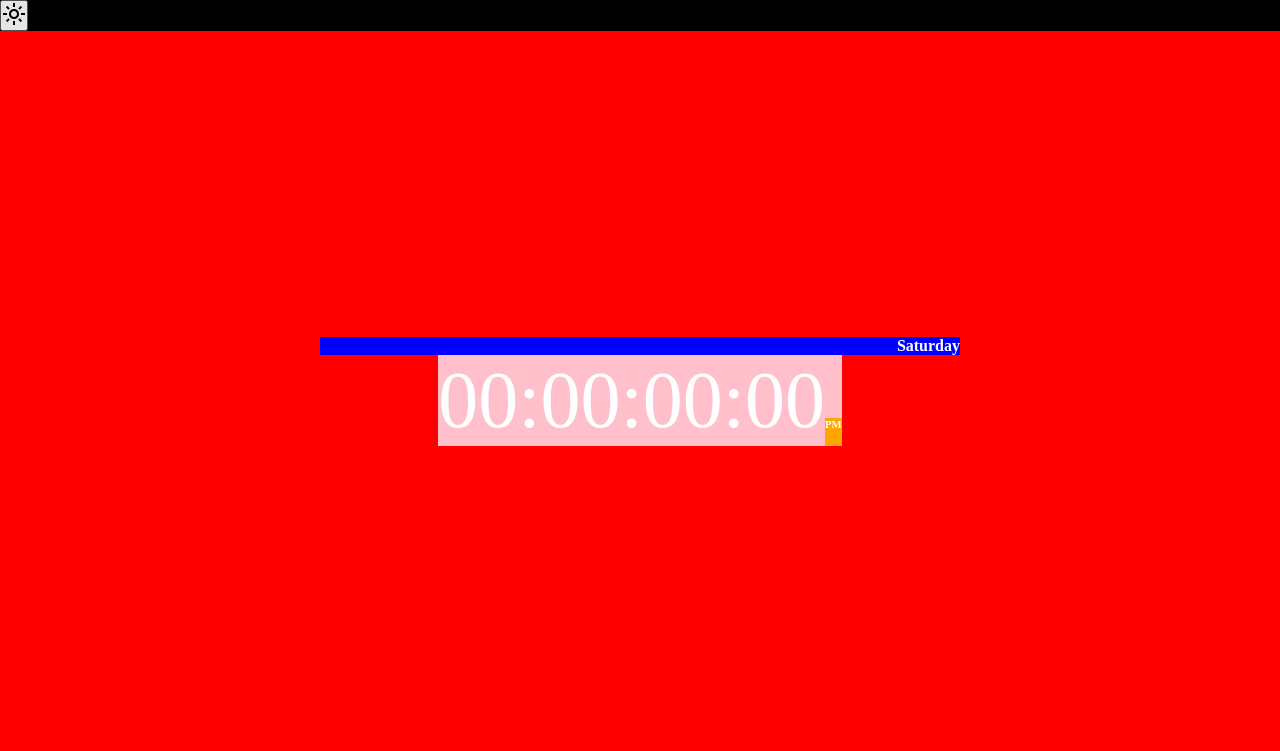
Repository: EguJaredoBoyd/Jared-Digital-Clock
Page: index.html
These files come from the project's save history. The page is drawn as it stood at one moment and after the next save; the edit follows.
The browser window is 1280 px wide. The pictures show the whole page.
Some web libraries are served in a nearby version.

Above is the page before, as saved 2026-01-03 23:28:45.

### index.html
<!DOCTYPE html>
<html lang="en">
  <head>
    <meta charset="UTF-8" />
    <meta name="viewport" content="width=device-width, initial-scale=1.0" />
    <link rel="stylesheet" href="./css/styles.css" />
    <link
      rel="stylesheet"
      href="https://fonts.googleapis.com/css2?family=Material+Symbols+Outlined:opsz,wght,FILL,GRAD@20..48,100..700,0..1,-50..200&icon_names=light_mode"
    />
    <title>Document</title>
  </head>
  <body>
    <header>
      <button>
        <span class="material-symbols-outlined"> light_mode </span>
      </button>
    </header>

    <div class="watch-container">
      <div class="watch-container__day">
        <h4>Saturday</h4>
      </div>
      <div class="watch-container__time">
        <p>00:00:00:00</p>
        <h6>PM</h6>
      </div>
    </div>
  </body>
</html>

### css/styles.css
* {
  margin: 0;
  padding: 0;
}

body {
  background-color: black;
  color: white;
}

.watch-container {
  background-color: red;
  display: flex;
  flex-direction: column;
  justify-content: center;
  align-items: center;
  height: 100vh;
  width: 100vw;
}

.watch-container__day {
  background-color: blue;
  width: 50vw;
  display: flex;
  justify-content: end;
}

.watch-container__time {
  background-color: pink;
  display: flex;
}

.watch-container__time p {
  font-size: 5rem;
}

.watch-container__time h6 {
  background-color: orange;
  align-self: self-end;
  padding-bottom: 1rem;
}

After the next save:
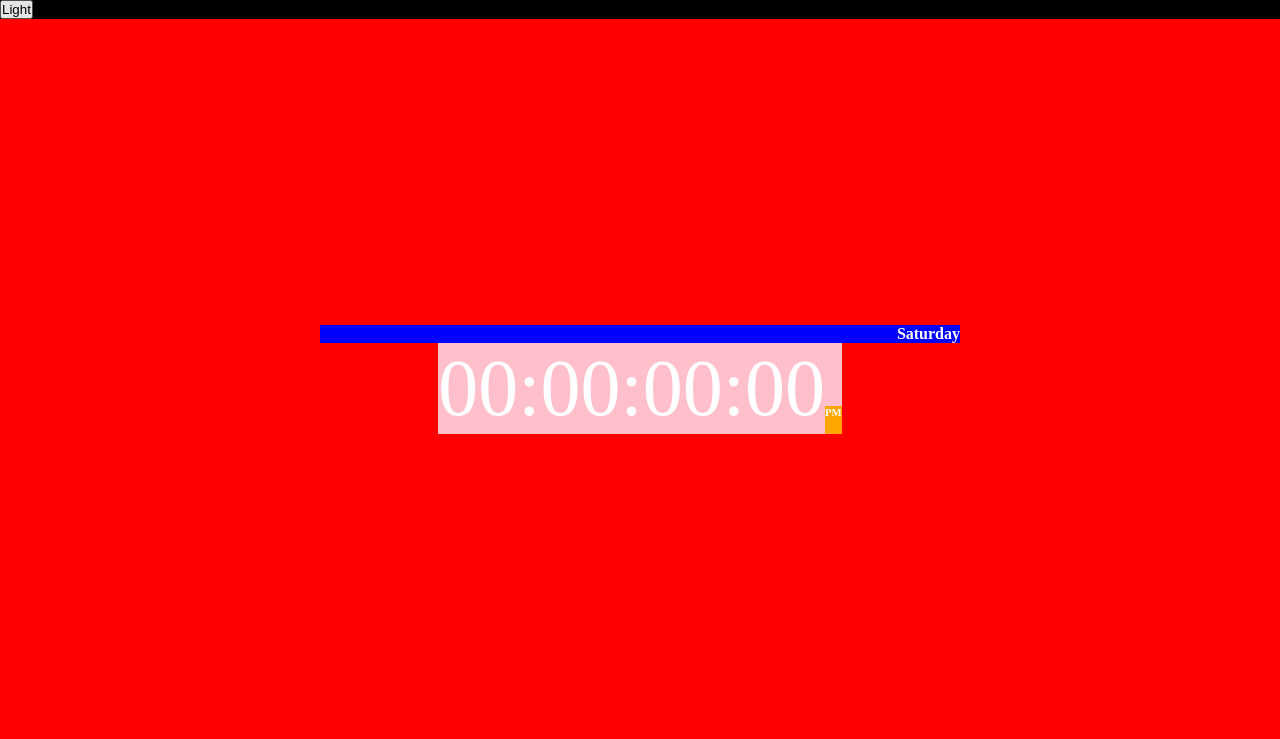
Saved 75 s later.
--- a/index.html
+++ b/index.html
@@ -5,16 +5,15 @@
     <meta name="viewport" content="width=device-width, initial-scale=1.0" />
     <link rel="stylesheet" href="./css/styles.css" />
     <link
+      href="https://cdn.jsdelivr.net/npm/remixicon@4.8.0/fonts/remixicon.css"
       rel="stylesheet"
-      href="https://fonts.googleapis.com/css2?family=Material+Symbols+Outlined:opsz,wght,FILL,GRAD@20..48,100..700,0..1,-50..200&icon_names=light_mode"
     />
+
     <title>Document</title>
   </head>
   <body>
     <header>
-      <button>
-        <span class="material-symbols-outlined"> light_mode </span>
-      </button>
+      <button>Light</button>
     </header>
 
     <div class="watch-container">
